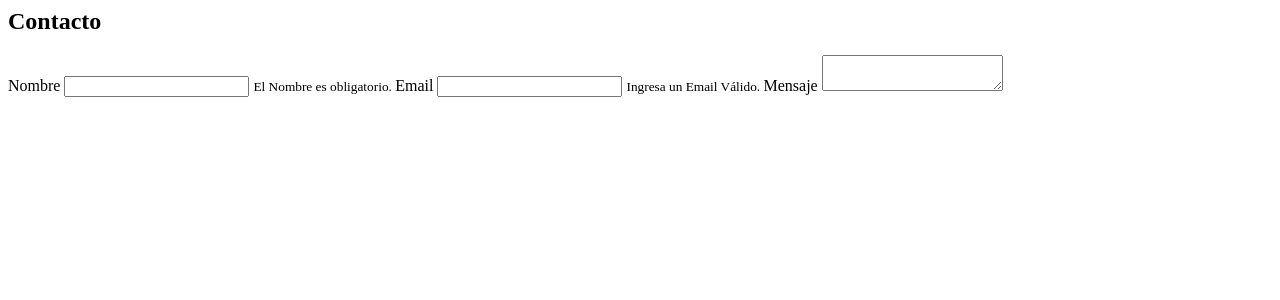
Repository: MatiNicolasur/Academia-de-matematicas
Page: frontend/src/app/pages/contacto/contacto.html
The author's editor kept a copy of each file at every save. The page is drawn from the files as they stood at one save, then again after a run of saves.
The browser window is 1280 px wide. The pictures show the whole page.

Above is the page before, as saved 2025-11-13 01:16:04.

After the next 2 saves:
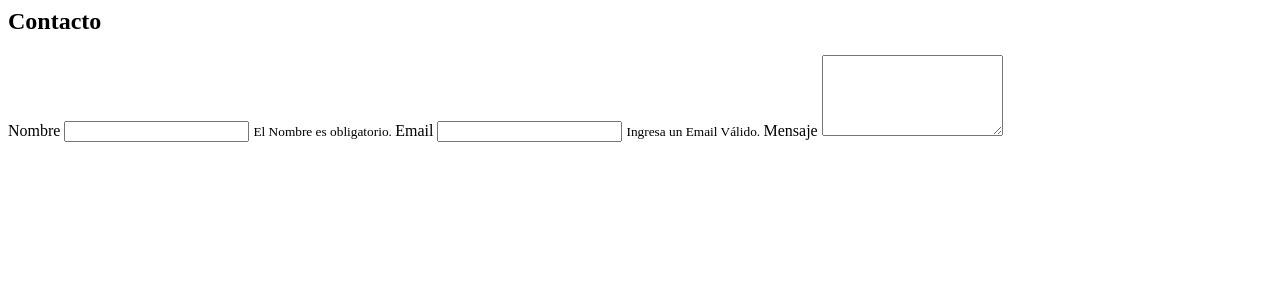
The 2 saves are shown as one change because they came seconds apart.
The last was saved 7 s later.
--- a/frontend/src/app/pages/contacto/contacto.html
+++ b/frontend/src/app/pages/contacto/contacto.html
@@ -18,5 +18,5 @@
 
     <!-- Mensaje -->
     <label>Mensaje</label>
-    <textarea
+    <textarea rows="5" form
 </form>
